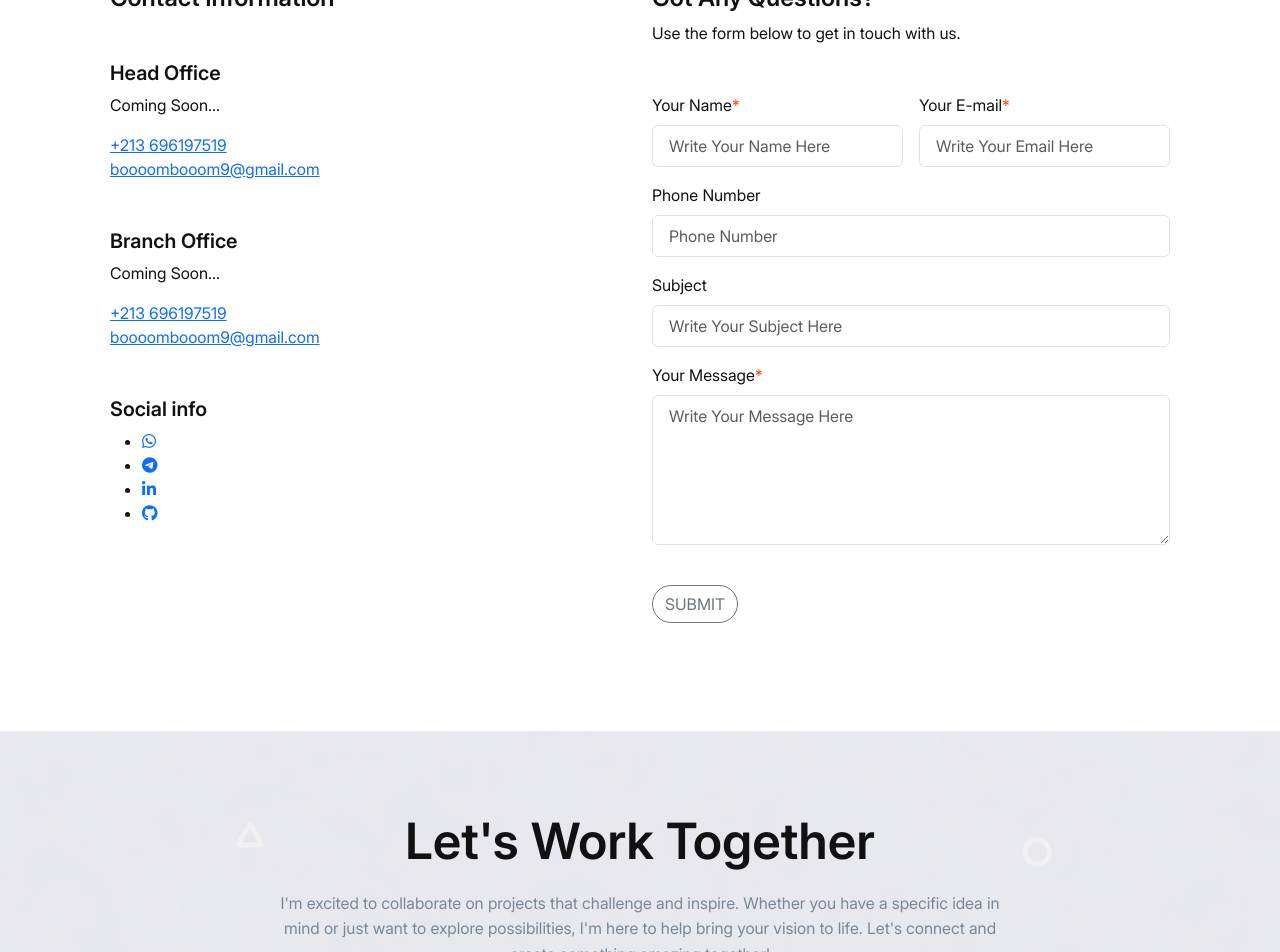
Repository: Badi-77/Portfolio
Page: Contact.html
An editor plug-in stored every save of this project. The page is shown before and after a run of saves, followed by the edit.
The browser window is 1280 px wide. The pictures show the part of the page from y = 580 to 1532 px (the page is 1917 px tall).

Above is the page before, as saved 2026-02-17 20:45:18.

After the next 3 saves:
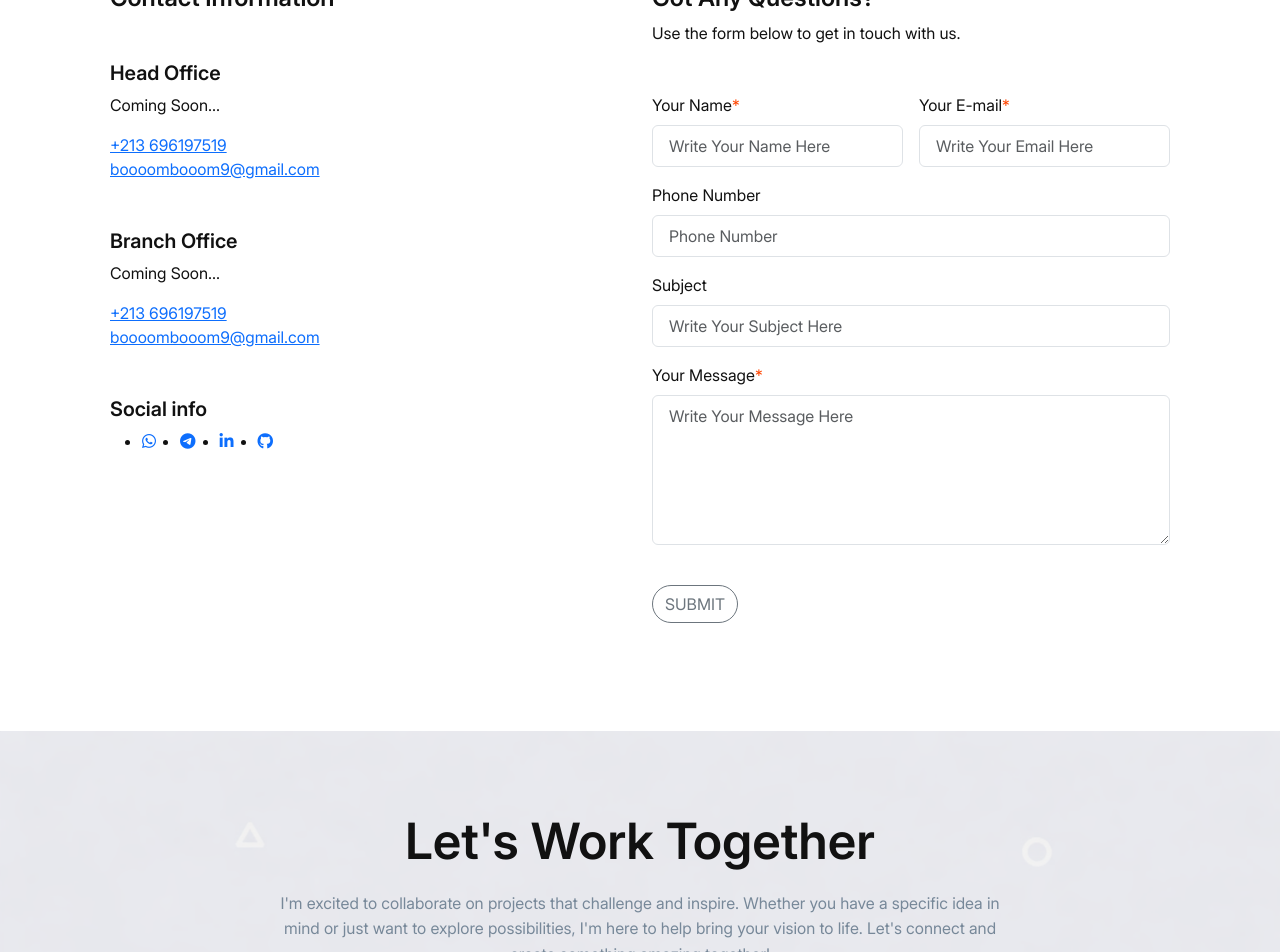
The 3 saves are shown as one change because they came seconds apart.
The last was saved 11 s later.
--- a/Contact.html
+++ b/Contact.html
@@ -169,7 +169,7 @@
               <div class="content-box my-5">
                 <h5 class="elemnt-title fw-bold">Social info</h5>
                 <div class="social-links">
-                 <ul class="d">
+                 <ul class="d-flex gap-4">
                     <li><a href="#"><i class="fa-brands fa-whatsapp"></i></a></li>
                     <li><a href="#"><i class="fa-brands fa-telegram-plane"></i></a></li>
                     <li><a href="#"><i class="fa-brands fa-linkedin-in"></i></a></li>
